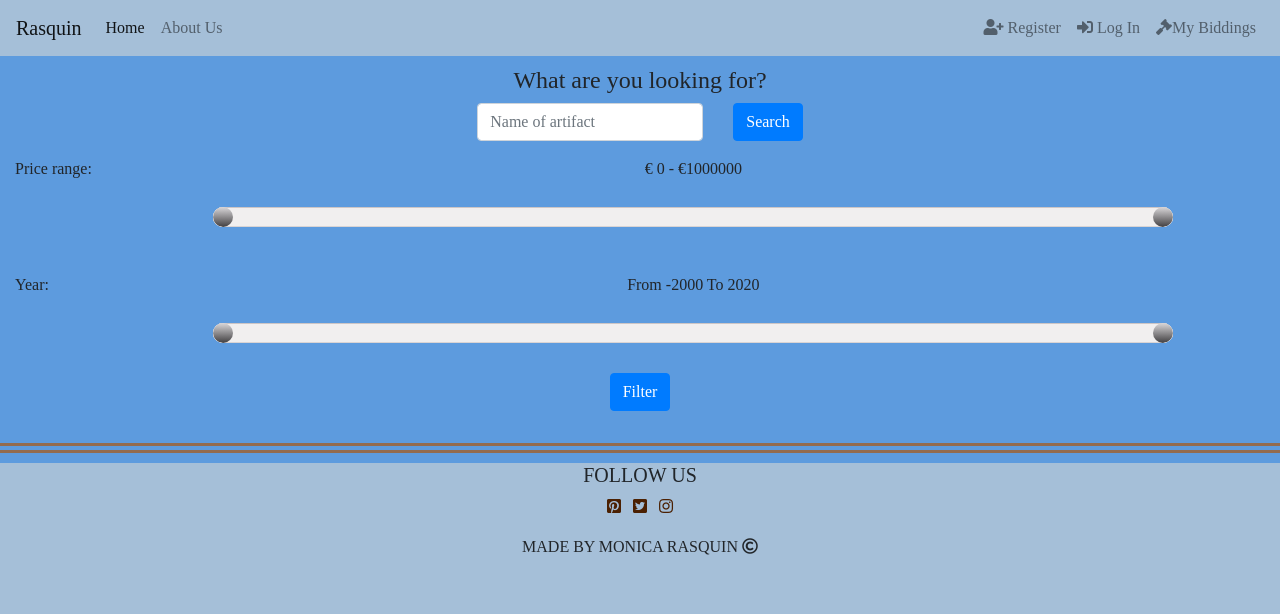
Repository: Rasquin/auction
Page: templates/base.html
The author's editor kept a record of every edit. The page is drawn from the files as they stood at one moment, then again after the next edit.
The browser window is 1280 px wide. The pictures show the whole page.
The template is drawn by Django 2.2. The application's start-up code is not run. Other server files are loaded and not shown. The template is opened directly, without the code that normally fills it, so the values that code supplies are empty.

Above is the page before.

### templates/base.html
<!DOCTYPE html>

{% load staticfiles %}

<html lang="en">

<head>
    <meta charset="UTF-8">
    <meta name="viewport" content="width=device-width, initial-scale=1.0">
    <meta http-equiv="X-UA-Compatible" content="ie=edge">

    <!-- Bootstrap compiled and minified CSS -->
    <link rel="stylesheet" href="https://stackpath.bootstrapcdn.com/bootstrap/4.3.1/css/bootstrap.min.css" integrity="sha384-ggOyR0iXCbMQv3Xipma34MD+dH/1fQ784/j6cY/iJTQUOhcWr7x9JvoRxT2MZw1T" crossorigin="anonymous">

    <!-- Font Awesome compiled and minified CSS -->
    <link rel="stylesheet" href="{% static 'font-awesome/css/all.css' %}">



    <!-- Own CSS -->
    <link rel="stylesheet" href="{% static 'css/mystyle.css' %}" type="text/css" />


    <!-- Own Scripts -->
    <script type="text/javascript" src="{% static 'js/myscript.js' %}"></script>



    {% block head_js %}
    {% endblock head_js %}

    <title>Monica's Auction</title>
</head>


<body>
    <!-- NavBar area -  Fixed masthead -->
    <nav class="navbar navbar-expand-lg navbar-light bg-light">
        <a class="navbar-brand" href="#">Rasquin</a>
        <button class="navbar-toggler" type="button" data-toggle="collapse" data-target="#navbarSupportedContent" aria-controls="navbarSupportedContent" aria-expanded="false" aria-label="Toggle navigation">
            <span class="navbar-toggler-icon"></span>
        </button>

        <div class="collapse navbar-collapse" id="navbarSupportedContent">
            <ul class="navbar-nav mr-auto">
                <li class="nav-item active">
                    <a class="nav-link" href="{% url 'index' %}">Home <span class="sr-only">(current)</span></a>
                </li>
                <li class="nav-item">
                    <a class="nav-link" href="#">About Us</a>
                </li>
            </ul>
            <ul class="navbar-nav navbar-right">
                    {% if user.is_authenticated %}
                        <li class="nav-item">
                            <a class="nav-link" href="{% url 'profile' %}"><i class="fa fa-user"></i> Profile</a>
                        </li>
                        <li class="nav-item">
                            <a class="nav-link" href="{% url 'logout' %}"><i class="fa fa-sign-out-alt"></i> Log Out</a>
                        </li>
                    {%  else %}
                        <li class="nav-item">
                            <a class="nav-link" href="{% url 'register' %}"><i class="fa fa-user-plus"></i> Register</a>
                        </li>
                        <li class="nav-item">
                            <a class="nav-link" href="{% url 'login' %}"><i class="fa fa-sign-in-alt"></i> Log In</a>
                        </li>
                    {% endif %}
                        <li class="nav-item">
                            <a class="nav-link" href="{% url 'view_my_biddings' %}">
                                <i class="fas fa-gavel"></i>My Biddings
                                {% if product_count > 0 %}
                                <label class="badge badge-warning">{{ product_count }}</label>
                                {% endif %}
                            </a>
                        </li>

                </ul>
        </div>
    </nav>

    <!-- Messages area -->
    {% if messages %}
        <div class="alert alert-success">
            <div class="messages">
                {% for message in messages %}
                    {{ message }}
                {% endfor %}
            </div>
        </div>
    {% endif %}

    <div class="container-general">
        <!-- Search area -->
        <div class="container-fluid border-bottom-double">
            <h4 class="text-center"> What are you looking for?</h4>
            <div class="row ">

                <!-- Search by name -->
                <form action="{% url 'search_by_name' %}" method="get" class="col-12">
                    {% csrf_token %}
                    <div class="form-group">
                        <div class="row justify-content-center">
                            <div class="col-auto">
                                <input type="text" class="form-control" id="artifact_name" name="artifact_name" required placeholder="Name of artifact">
                            </div>
                            <div class="col-auto">
                                <button class="btn btn-primary" type="search">Search</button>
                            </div>
                        </div>
                    </div>
                </form>

                <!-- Filters -->
                <form action="{% url 'filters' %}" method="post" class="col-12">
                    {% csrf_token %}

                    <!-- Price Filter -->
                    <div class="form-group">
                        <div class="row">
                            <div class="col-12 col-md-2">
                                <p>
                                    <label for="amount">Price range:</label>

                                </p>
                            </div>
                            <div class="col-12 col-md-9">

                                <section class="range-slider-price range-slider">

                                    <span class="rangePriceValues rangeValues"></span>
                                    <input value="0" min="0" max="1000000" step="500" type="range" name="min_price">
                                    <input value="1000000" min="0" max="1000000" step="500" type="range" name="max_price">
                                </section>
                            </div>
                        </div>
                    </div>
                    <!-- Year Filter -->
                    <div class="form-group">
                        <div class="row">
                            <div class="col-12 col-md-2">
                                <p>
                                    <label for="amount">Year:</label>

                                </p>
                            </div>
                            <div class="col-12 col-md-9">

                                <section class="range-slider-year range-slider">

                                    <span class="rangeYearValues"></span>
                                    <input value="-2000" min="-2000" max="2020" step="20" type="range" name="min_year">
                                    <input value="2020" min="-2000" max="2020" step="20" type="range" name="max_year">
                                </section>
                            </div>
                        </div>

                        <!-- Filter Button -->
                        <div class="row">
                            <div class="col-12">
                                <p class="text-center">
                                    <button class="btn btn-primary" type="search">Filter</button>
                                </p>
                            </div>
                    </div>
                    </div>
                </form>

            </div>
        </div>

        <!-- Block content area -->
        <div class="container-fluid">
            {% block content %} {% endblock %}
        </div>

    </div>

    <!-- Footer area -->
    <footer class="container-fluid">


        <!-- SOCIAL MEDIA-->
        <div class="row ">
            <div class="col-12 text-center">
                <h5 class="text-uppercase">Follow Us</h5>
                <ul class="list-inline social-links">
                    <li class="list-inline-item"><a href="#"><i class="fab fa-pinterest-square"  aria-hidden="true"></i></a></li>
                    <li class="list-inline-item"><a href="#"><i class="fab fa-twitter-square" aria-hidden="true"></i></a></li>
                    <li class="list-inline-item"><a href="#"><i class="fab fa-instagram" aria-hidden="true"></i></a></li>
                </ul>
            </div>
        </div>

        <!--COPYRIGHT-->
        <div class="row ">
            <div class="col-12">

                <p class="text-center text-uppercase">Made by Monica Rasquin <i class="far fa-copyright"></i> </p>
            </div>
        </div>
    </footer>


    <!-- Bootstrap compiled and minified JavaScript -->
    <script src="https://code.jquery.com/jquery-3.3.1.slim.min.js" integrity="sha384-q8i/X+965DzO0rT7abK41JStQIAqVgRVzpbzo5smXKp4YfRvH+8abtTE1Pi6jizo" crossorigin="anonymous"></script>
    <script src="https://cdnjs.cloudflare.com/ajax/libs/popper.js/1.14.7/umd/popper.min.js" integrity="sha384-UO2eT0CpHqdSJQ6hJty5KVphtPhzWj9WO1clHTMGa3JDZwrnQq4sF86dIHNDz0W1" crossorigin="anonymous"></script>
    <script src="https://stackpath.bootstrapcdn.com/bootstrap/4.3.1/js/bootstrap.min.js" integrity="sha384-JjSmVgyd0p3pXB1rRibZUAYoIIy6OrQ6VrjIEaFf/nJGzIxFDsf4x0xIM+B07jRM" crossorigin="anonymous"></script>

</body>
</html>

### static/js/myscript.js
//--------------------------------------Slider for Prices filter
function getPriceVals() {
    // Get slider price values
    var parent = this.parentNode;
    var slides = parent.getElementsByTagName("input");
    var slide1 = parseFloat(slides[0].value);
    var slide2 = parseFloat(slides[1].value);
    // Neither slider will clip the other, so make sure we determine which is larger
    if (slide1 > slide2) { var tmp = slide2;
        slide2 = slide1;
        slide1 = tmp; }

    var displayElement = parent.getElementsByClassName("rangePriceValues")[0];
    displayElement.innerHTML = "€ " + slide1 + " - €" + slide2;
}

//--------------------------------------Slider for Year filter
function getYearVals() {
    // Get Year slider values
    var parent = this.parentNode;
    var slides = parent.getElementsByTagName("input");
    var slide1 = parseFloat(slides[0].value);
    var slide2 = parseFloat(slides[1].value);
    // Neither slider will clip the other, so make sure we determine which is larger
    if (slide1 > slide2) { var tmp = slide2;
        slide2 = slide1;
        slide1 = tmp; }

    var displayElement = parent.getElementsByClassName("rangeYearValues")[0];
    displayElement.innerHTML = "From " + slide1 + " To " + slide2;
}

//----------------------------------------------- Initialize Sliders
window.onload = function() {
    // For Price
    var sliderSectionsPrice = document.getElementsByClassName("range-slider-price");
    for (var x = 0; x < sliderSectionsPrice.length; x++) {
        var slidersPrice = sliderSectionsPrice[x].getElementsByTagName("input");
        for (var y = 0; y < slidersPrice.length; y++) {
            if (slidersPrice[y].type === "range") {
                slidersPrice[y].oninput = getPriceVals;
                // Manually trigger event first time to display values
                slidersPrice[y].oninput();
            }
        }
    }
    // For Year
    var sliderSectionsYear = document.getElementsByClassName("range-slider-year");
    for (var x = 0; x < sliderSectionsYear.length; x++) {
        var slidersYear = sliderSectionsYear[x].getElementsByTagName("input");
        for (var y = 0; y < slidersYear.length; y++) {
            if (slidersYear[y].type === "range") {
                slidersYear[y].oninput = getYearVals;
                // Manually trigger event first time to display values
                slidersYear[y].oninput();
            }
        }
    }
}

Loaded but not shown: static/font-awesome/css/all.css (library); static/css/mystyle.css (common file)

After the next edit:
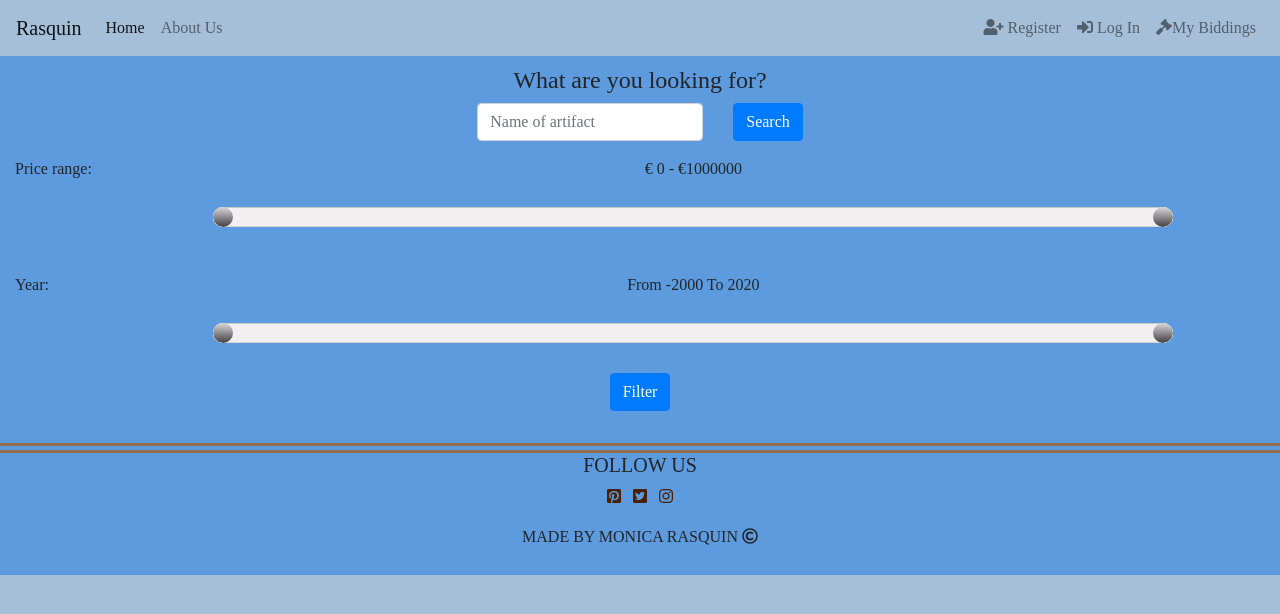
The edit:
--- a/templates/base.html
+++ b/templates/base.html
@@ -155,7 +155,8 @@
                             </div>
                         </div>
 
-                        <!-- Filter Button -->
+                    <!-- Filter Button -->
+                    <div class="form-group">
                         <div class="row">
                             <div class="col-12">
                                 <p class="text-center">
